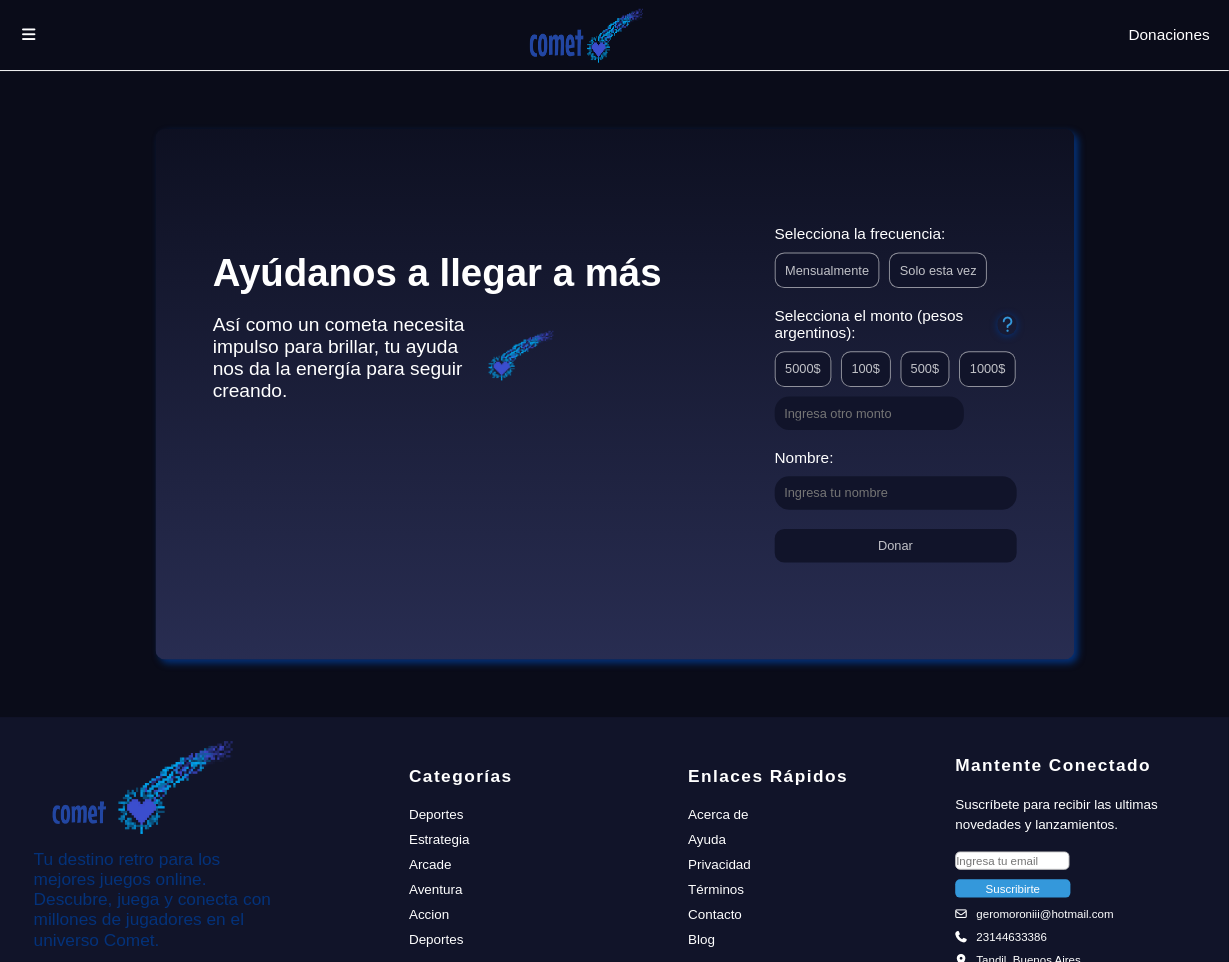
Repository: NahuCaporale/Interfaces
Page: TP2/donaciones.html
An editor plug-in stored every save of this project. The page is shown before and after the next save, followed by the edit.
The browser window is 1280 px wide. The pictures show the whole page, at 96% of full size.
Some web fonts or font styles are not loaded; a fallback is used. Some web libraries are served in a nearby version.

Above is the page before, as saved 2025-09-29 21:12:46.

After the next save:
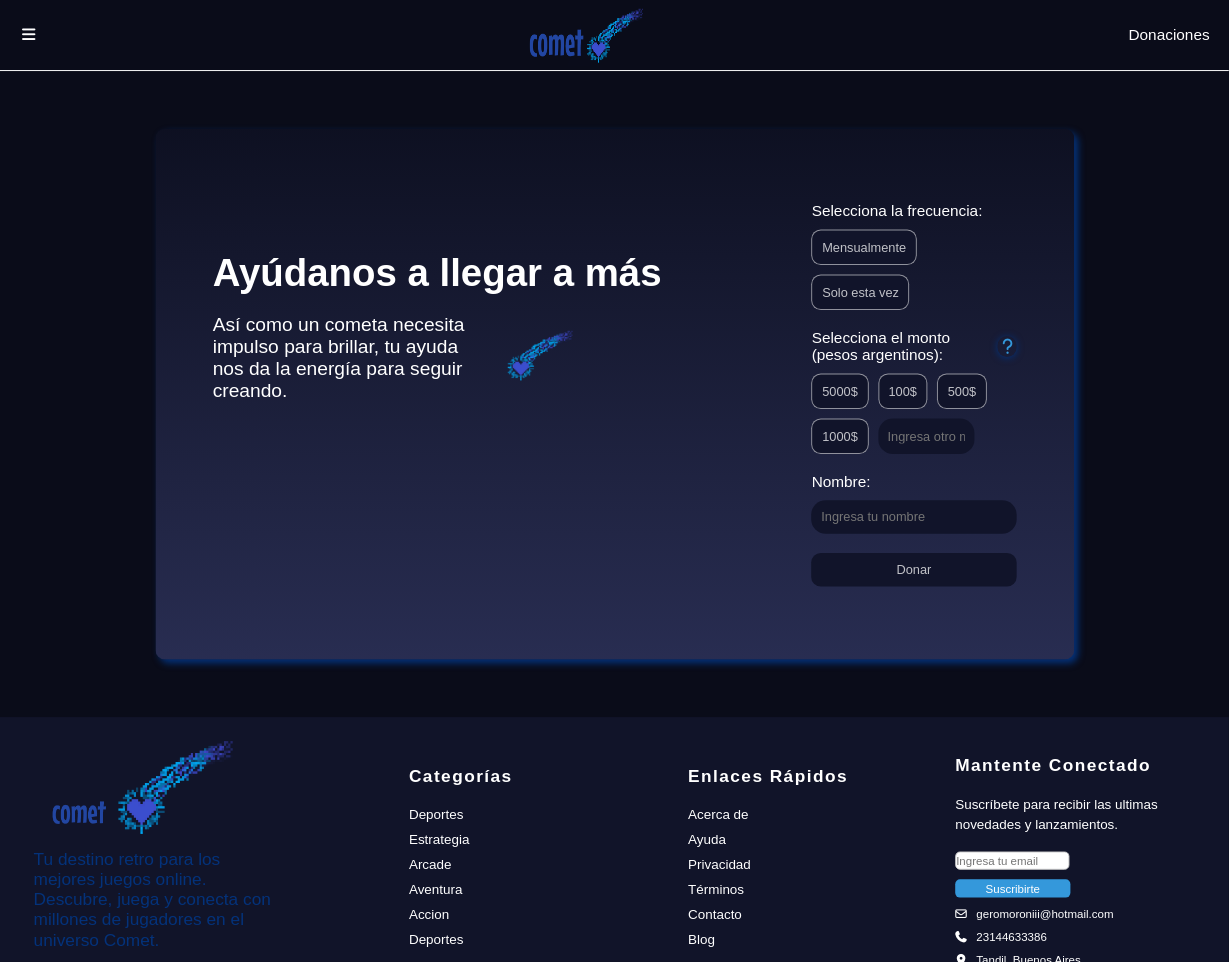
Saved 7 s later.
--- a/TP2/donaciones.css
+++ b/TP2/donaciones.css
@@ -89,6 +89,14 @@
     background-color: #11142A;
     color: rgba(255, 255, 255, 0.616);
 }
+.otro-monto{
+    width: 100px;
+    padding: 10px;
+    border-radius: 5px;
+    background-color: #11142A;
+    border: 1px solid #ccc;
+    color: rgba(255, 255, 255, 0.616);
+}
 
 
 

After the save that followed:
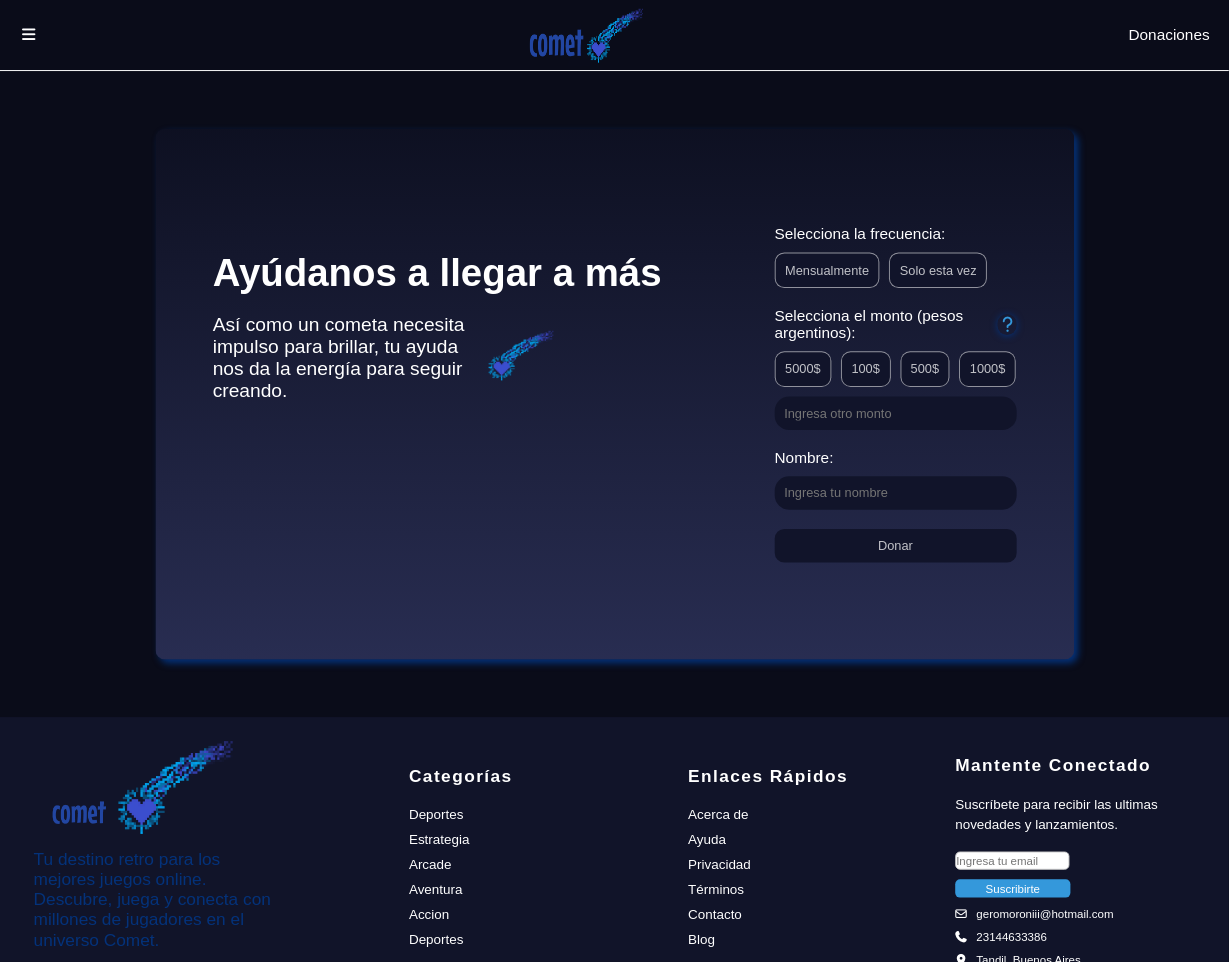
Saved 13 s later.
--- a/TP2/donaciones.css
+++ b/TP2/donaciones.css
@@ -90,7 +90,7 @@
     color: rgba(255, 255, 255, 0.616);
 }
 .otro-monto{
-    width: 100px;
+    width: 100%;
     padding: 10px;
     border-radius: 5px;
     background-color: #11142A;
